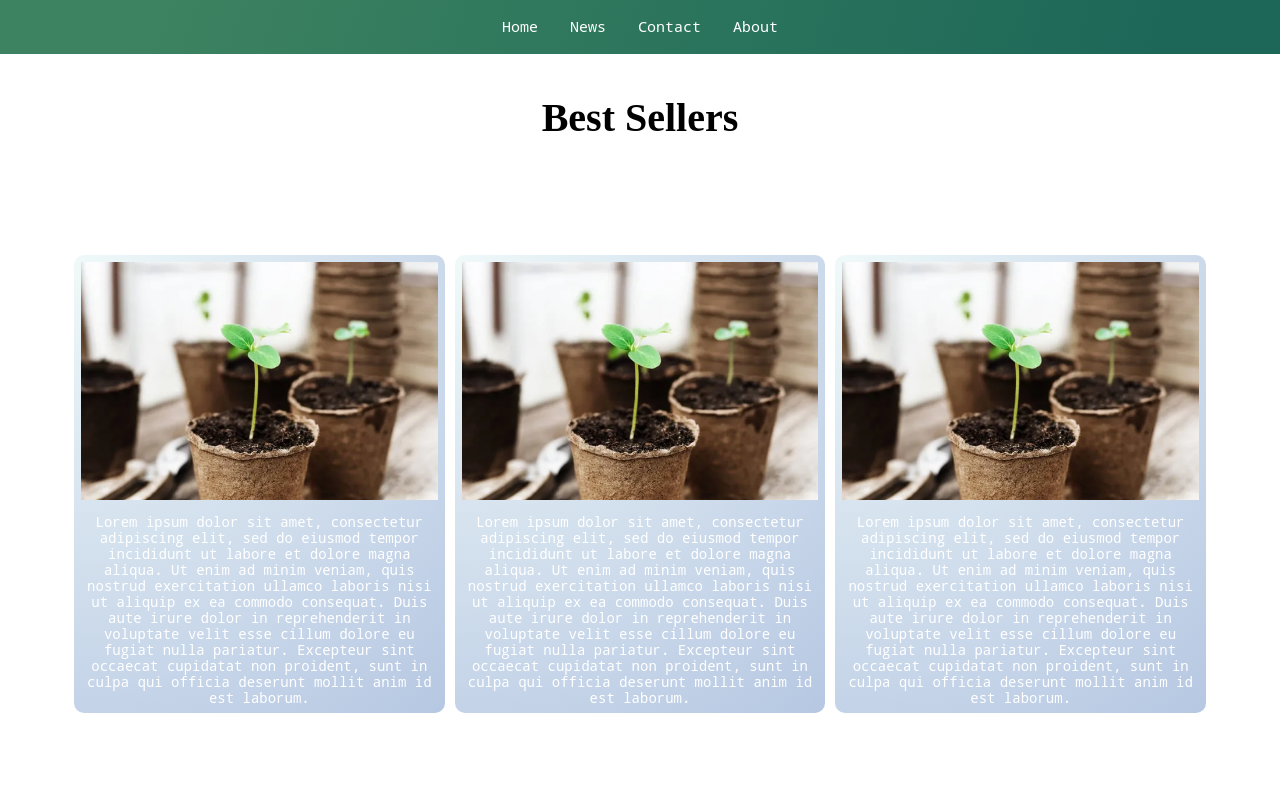
Repository: Flexo874/ISITECH-HTML-CSS
Page: index.html
These files come from the project's save history. The page is drawn as it stood at one moment and after the next save; the edit follows.
The browser window is 1280 px wide. The pictures show the whole page.

Above is the page before, as saved 2024-01-02 14:32:00.

### index.html
<!DOCTYPE html>
<html>
<head>
    <title>Navigation Bar</title>
     <link rel="stylesheet" type="text/css" href="./style.css">
</head>
<body>
    <ul>
        <li><a href="#home">Home</a></li>
        <li><a href="#news">News</a></li>
        <li><a href="#contact">Contact</a></li>
        <li><a href="#about">About</a></li>
    </ul>

    <h1 > Best Sellers</h1>



    <div class="container">

            <div class="item">
                <a>
                <img src="images/semis-prêt-à-être-planté-dans-le-jardin.webp" alt="Logo">
                <p>Lorem ipsum dolor sit amet, consectetur adipiscing elit, sed do eiusmod tempor incididunt ut labore et dolore magna aliqua. Ut enim ad minim veniam, quis nostrud exercitation ullamco laboris nisi ut aliquip ex ea commodo consequat. Duis aute irure dolor in reprehenderit in voluptate velit esse cillum dolore eu fugiat nulla pariatur. Excepteur sint occaecat cupidatat non proident, sunt in culpa qui officia deserunt mollit anim id est laborum.</p>
                </a>
            </div>
            <div class="item">
                <a>
                <img src="images/semis-prêt-à-être-planté-dans-le-jardin.webp" alt="Logo">
                <p>Lorem ipsum dolor sit amet, consectetur adipiscing elit, sed do eiusmod tempor incididunt ut labore et dolore magna aliqua. Ut enim ad minim veniam, quis nostrud exercitation ullamco laboris nisi ut aliquip ex ea commodo consequat. Duis aute irure dolor in reprehenderit in voluptate velit esse cillum dolore eu fugiat nulla pariatur. Excepteur sint occaecat cupidatat non proident, sunt in culpa qui officia deserunt mollit anim id est laborum.</p>
                </a>
            </div>
            <div class="item">
                <a>
                <img src="images/semis-prêt-à-être-planté-dans-le-jardin.webp" alt="Logo">
                <p>Lorem ipsum dolor sit amet, consectetur adipiscing elit, sed do eiusmod tempor incididunt ut labore et dolore magna aliqua. Ut enim ad minim veniam, quis nostrud exercitation ullamco laboris nisi ut aliquip ex ea commodo consequat. Duis aute irure dolor in reprehenderit in voluptate velit esse cillum dolore eu fugiat nulla pariatur. Excepteur sint occaecat cupidatat non proident, sunt in culpa qui officia deserunt mollit anim id est laborum.</p>
                </a>
            </div>
    </div>


</body>
</html>

### style.css
*{
    margin: 0;
    padding: 0;

}
ul {
    list-style-type: none;
    margin: 0;
    padding: 0;
    overflow: hidden;
    background-image: linear-gradient( 109.6deg,  rgba(61,131,97,1) 11.2%, rgba(28,103,88,1) 91.1% );
    display: flex;
    list-style: none;
    box-sizing: border-box  ;
    justify-content: center;
}

li {
    position: relative;

}

li a {
    display: block;
    color: white;
    text-align: center;
    padding: 18px 16px;
    text-decoration: none;
    font-size: 15px;
    transition: .4s ease-in-out;
    position: center;
    font-family: "Noto Mono", monospace;

}

li a:hover {
    background-color: #111;
    border-radius: 5px;

}

h1 {
    padding: 40px;
    text-align: center;
    font-weight: bold;
    font-size: 40px;
}

.demo {
    border-color: red;
}


.container {
    display: grid;
    grid-template-columns: repeat(3, 1fr);
    grid-auto-rows: minmax(300px, auto);
    gap: 10px;
    padding: 10px;;
    margin: 5%;
}


.item {
    background-image: radial-gradient( circle farthest-corner at 1.3% 2.8%,  rgba(239,249,249,1) 0%, rgba(182,199,226,1) 100.2% );    display: flex;
    flex-direction: column;
    align-items: center;
    justify-content: center;
    border-radius: 10px;
}

.item a {
    margin: 7px;
}

.item a:hover {
    color: white;
}


.item img {
    max-width: 100%;
    height: auto;
}

.item p {
    margin-top: 10px;
    text-align: center;
    color: white;
    font-family: "Noto Mono", monospace;
    font-size: 14px;
}

After the next save:
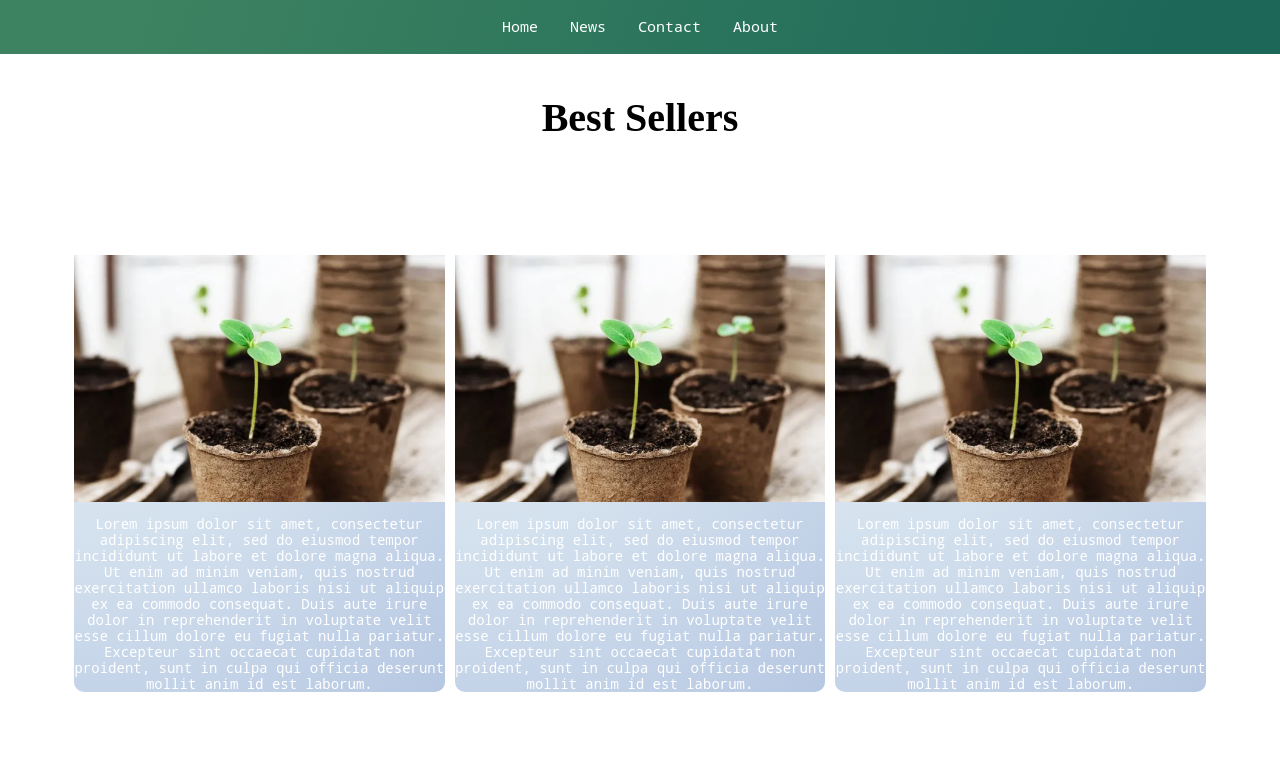
Saved 2 min 10 s later.
--- a/index.html
+++ b/index.html
@@ -24,7 +24,7 @@
                 <p>Lorem ipsum dolor sit amet, consectetur adipiscing elit, sed do eiusmod tempor incididunt ut labore et dolore magna aliqua. Ut enim ad minim veniam, quis nostrud exercitation ullamco laboris nisi ut aliquip ex ea commodo consequat. Duis aute irure dolor in reprehenderit in voluptate velit esse cillum dolore eu fugiat nulla pariatur. Excepteur sint occaecat cupidatat non proident, sunt in culpa qui officia deserunt mollit anim id est laborum.</p>
                 </a>
             </div>
-            <div class="item">
+            <div class="item 1">
                 <a>
                 <img src="images/semis-prêt-à-être-planté-dans-le-jardin.webp" alt="Logo">
                 <p>Lorem ipsum dolor sit amet, consectetur adipiscing elit, sed do eiusmod tempor incididunt ut labore et dolore magna aliqua. Ut enim ad minim veniam, quis nostrud exercitation ullamco laboris nisi ut aliquip ex ea commodo consequat. Duis aute irure dolor in reprehenderit in voluptate velit esse cillum dolore eu fugiat nulla pariatur. Excepteur sint occaecat cupidatat non proident, sunt in culpa qui officia deserunt mollit anim id est laborum.</p>
--- a/style.css
+++ b/style.css
@@ -69,6 +69,8 @@ h1 {
     border-radius: 10px;
 }
 
+.
+
 .item a {
     margin: 7px;
 }

After the save that followed:
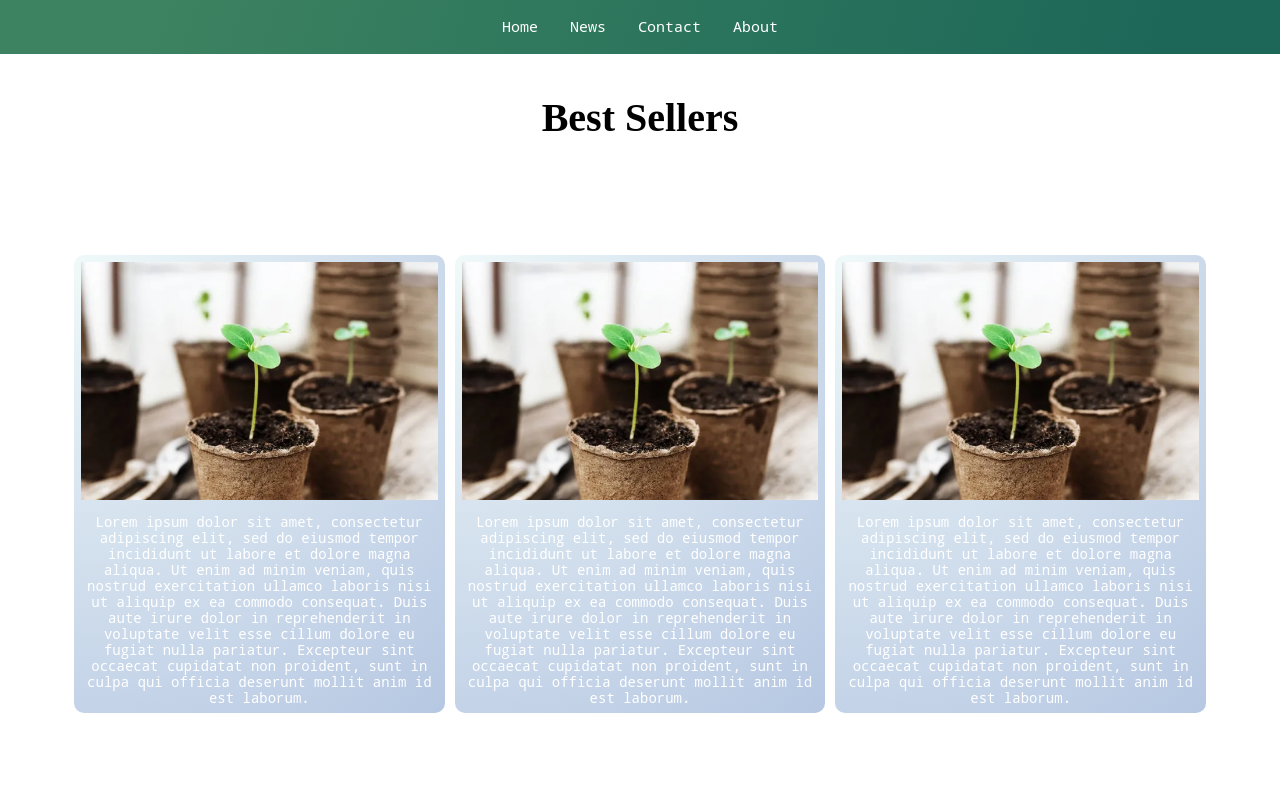
Saved 18 s later.
--- a/style.css
+++ b/style.css
@@ -69,7 +69,13 @@ h1 {
     border-radius: 10px;
 }
 
-.
+.item 1 {
+    background-image: radial-gradient( circle farthest-corner at 1.3% 2.8%,  rgba(239,249,249,1) 0%, rgba(182,199,226,1) 100.2% );    display: flex;
+    flex-direction: column;
+    align-items: center;
+    justify-content: center;
+    border-radius: 10px;
+}
 
 .item a {
     margin: 7px;
